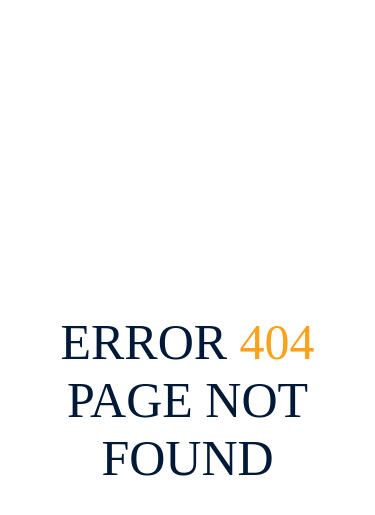
Repository: PatrykGrzegorek/PageNotFound_Akai
Page: notfound.html
The author's editor kept a copy of each file at every save. The page is drawn from the files as they stood at one save, then again after the next save.
The browser window is 375 px wide. The pictures show the whole page.

Above is the page before, as saved 2019-11-30 10:25:43.

### notfound.html
<!DOCTYPE html>
<html lang="en">
<head>
    <meta charset="UTF-8">
    <meta name="viewport" content="width=device-width, initial-scale=1.0">
    <meta http-equiv="X-UA-Compatible" content="ie=edge">
    <title>Go back!</title>
    <link rel="icon" type="icon/ico" sizes="16x16" href="favicon.ico">
    <link rel="stylesheet" type="text/css" href="notfound.css">
</head>
<body>
    <div id="container">
                <div id="img">
                </div>
                <div id="main">
                    ERROR
                    <span style="color: rgb(250, 162, 27);"> 404</span>
                    <br>
                    PAGE NOT FOUND
                </div>
                <div style="clear:both;"></div>
    </div>
</body>
</html>

### notfound.css
body{
    margin:0;
}

#container{
    width: 100vw;
    height: 100vh;
    align-items:center;
    display: flex;
    justify-content: center;
}

#img{
    float: left;
    width: 200px;
    height: 200px;
    background-image: url(logo-akai.png);
    background-size: cover;
}

#main{
    color: rgb(0, 25, 54);
    text-align: center;
    float: left;
    font-size: 50px;
}

@media (max-width: 600px) {
    #img{
        display: none;
    }

    #main{
        font-size: ;
    }
  }

After the next save:
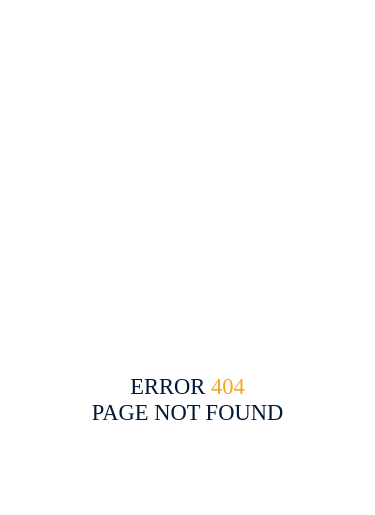
Saved 33 s later.
--- a/notfound.css
+++ b/notfound.css
@@ -31,6 +31,6 @@
     }
 
     #main{
-        font-size: ;
+        font-size: 6vw;
     }
   }
